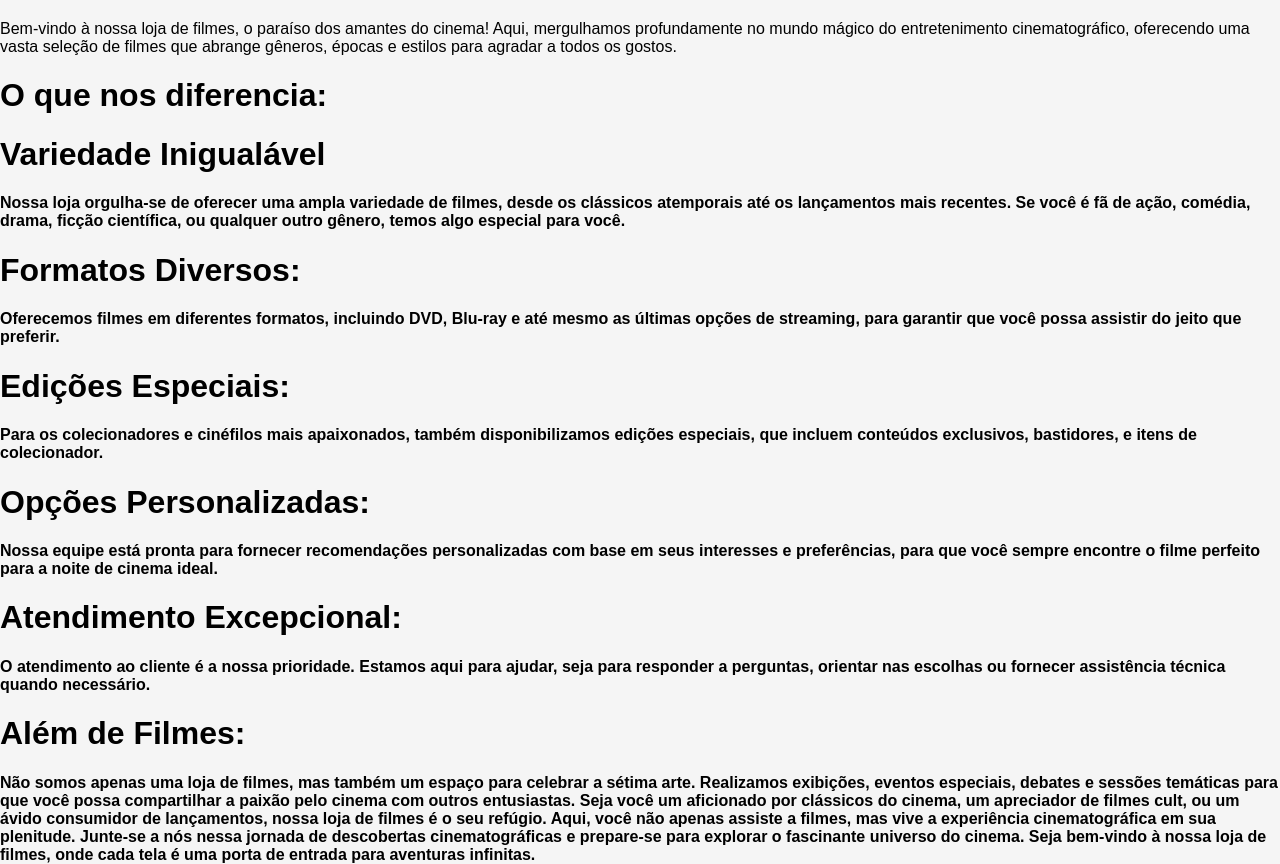
Repository: VictoorLDS/html
Page: NosEncontre.html
The author's editor kept a copy of each file at every save. The page is drawn from the files as they stood at one save, then again after the next save.
The browser window is 1280 px wide. The pictures show the part of the page from y = 540 to 1404 px (the page is 1404 px tall).

Above is the page before, as saved 2023-10-25 17:13:45.

### NosEncontre.html
<!DOCTYPE html>
<html lang="en">

<head>
    <meta charset="UTF-8">
    <meta name="viewport" content="width=device-width, initial-scale=1.0">
    <link rel="stylesheet" href="./style.css">
    <title>Document</title>
</head>


<header>
    <nav>
        <div class="logo">
            <a href="/index.html">Recanto Bojack Filmes</a>
        </div>
        <ul class="nav-links">
            <li><a href="index.html">Início</a></li>
            <li class="dropdown">
                <a href="#">Categorias</a>
                <ul class="dropdown-content">
                    <li><a href="/Acao.html">Ação</a></li>
                    <li><a href="/comdia.html">Comédia</a></li>
                    <li><a href="/Drama.html">Drama</a></li>
                    <li><a href="/Ficcao.html">Ficção Científica</a></li>
                </ul>
            </li>
            <li><a href="FIlmesEmDestaque.html">Filmes em Destaque</a></li>
            <li><a href="SobreNos.html">Sobre Nós</a></li>
            <li><a href="/Contato">Contato</a></li>
        </ul>
    </nav>
</header>

<body>
    <iframe
        src="https://www.google.com/maps/embed?pb=!1m18!1m12!1m3!1d2840.7597334897546!2d-48.82456892814759!3d-26.224874567935057!2m3!1f0!2f0!3f0!3m2!1i1024!2i768!4f13.1!3m3!1m2!1s0x94deaf7e26c308dd%3A0x6c40baa846e8df61!2sRecanto%20Bojack!5e0!3m2!1spt-BR!2sbr!4v1696442492535!5m2!1spt-BR!2sbr"
        width="600" height="450" style="border:0;" allowfullscreen="" loading="lazy"
        referrerpolicy="no-referrer-when-downgrade">
    </iframe>

    <p>
        Bem-vindo à nossa loja de filmes, o paraíso dos amantes do cinema! Aqui, mergulhamos profundamente no mundo
        mágico do entretenimento cinematográfico, oferecendo uma vasta seleção de filmes que abrange gêneros, épocas e
        estilos para agradar a todos os gostos.
    </p>

    <h1>

        O que nos diferencia:
    </h1>

    <H1>

        Variedade Inigualável
    </H1>
    <B>

       Nossa loja orgulha-se de oferecer uma ampla variedade de filmes, desde os clássicos
        atemporais até os lançamentos mais recentes. Se você é fã de ação, comédia, drama, ficção científica, ou
        qualquer outro gênero, temos algo especial para você.
    </B>

    <H1>
        Formatos Diversos:

    </H1>
    <B>

        Oferecemos filmes em diferentes formatos, incluindo DVD, Blu-ray e até mesmo as últimas
        opções de streaming, para garantir que você possa assistir do jeito que preferir.
    </B>

    <H1>

        Edições Especiais:
    </H1>

    <B>

        Para os colecionadores e cinéfilos mais apaixonados, também disponibilizamos edições
        especiais, que incluem conteúdos exclusivos, bastidores, e itens de colecionador.
    </B>

    <h1>

        Opções Personalizadas:
    </h1>
    <b>

        Nossa equipe está pronta para fornecer recomendações personalizadas com base em
        seus interesses e preferências, para que você sempre encontre o filme perfeito para a noite de cinema ideal.
    </b>

    <h1> Atendimento Excepcional:</h1>

    <b>

        O atendimento ao cliente é a nossa prioridade. Estamos aqui para ajudar, seja para
        responder a perguntas, orientar nas escolhas ou fornecer assistência técnica quando necessário.
    </b>

    <h1>

        Além de Filmes:
    </h1>

    <b>

        Não somos apenas uma loja de filmes, mas também um espaço para celebrar a sétima arte. Realizamos exibições,
        eventos especiais, debates e sessões temáticas para que você possa compartilhar a paixão pelo cinema com outros
        entusiastas.

        Seja você um aficionado por clássicos do cinema, um apreciador de filmes cult, ou um ávido consumidor de
        lançamentos, nossa loja de filmes é o seu refúgio. Aqui, você não apenas assiste a filmes, mas vive a
        experiência cinematográfica em sua plenitude. Junte-se a nós nessa jornada de descobertas cinematográficas e
        prepare-se para explorar o fascinante universo do cinema. Seja bem-vindo à nossa loja de filmes, onde cada tela
        é uma porta de entrada para aventuras infinitas.
    </b>
</body>

### style.css
body {
    font-family: Arial, sans-serif;
    color: #000000;
    margin: 0;
    padding: 0;
    background-color: #f5f5f5;
    }
    header {
    background-color: #ffffff;
    color: #fff;
    text-align: center;
    padding: 20px;
    }
    .container {
    display: grid;
    grid-template-columns: repeat(auto-fit, minmax(300px, 1fr));
    grid-gap: 20px;
    justify-items: center;
    margin: 20px; /* Adicionei uma margem ao container para espaçamento externo */
    }
    .movie-card {
    background-color: #ffffff;
    border-radius: 8px;
    box-shadow: 0 2px 4px rgba(0, 0, 0, 0.1);
    padding: 20px;
    text-align: center;
    /* width: 300px; Remova essa linha para que os cards se ajustem automaticamente */
    }
    .movie-card img {
    max-width: 100%;
    border-radius: 4px;
    }
    .movie-card h2 {
    font-size: 24px;
    margin: 10px 0;
    }
    .movie-card p {
    font-size: 16px;
    color: #313131;
    margin: 10px 0;
    }
    .movie-card .price {
    font-size: 20px;
    color: #e44d26;
    margin: 10px 0;
    font-weight: bold;
    }
    .movie-card .buy-button {
    background-color: #e44d26;
    color: #fff;
    border: none;
    border-radius: 4px;
    padding: 10px 20px;
    font-size: 16px;
    cursor: pointer;
    transition: background-color 0.3s ease;
    }
    .movie-card .buy-button:hover {
    background-color: #d3401a;
    }
    @media (max-width: 768px) {
    .filme {
    flex-direction: column;
    align-items: center;
    text-align: center;
    }
    }
    nav {
    max-width: 1200px;
    margin: 0 auto;
    display: flex;
    justify-content: space-between;
    align-items: center;
    }
    .logo a {
    text-decoration: none;
    color: #e44d26;
    font-size: 24px;
    font-weight: bold;
    }
    .nav-links {
    list-style: none;
    display: flex;
    }
    .nav-links li {
    margin-right: 20px;
    }
    .nav-links a {
    text-decoration: none;
    color: #e44d26;
    font-size: 16px;
    font-weight: bold;
    }
    .dropdown {
    position: relative;
    }
    .dropdown-content {
    display: none;
    position: absolute;
    background-color: #ffffff;
    min-width: 150px;
    z-index: 1;
    }
    .dropdown-content li {
    padding: 10px;
    }
    .dropdown:hover .dropdown-content {
    display: block;
    }

    footer {
    background-color: #f7f7f7;
    max-width: 1200px;
    color: #e44d26;
    text-align: center;
    padding: 10px;
    }

After the next save:
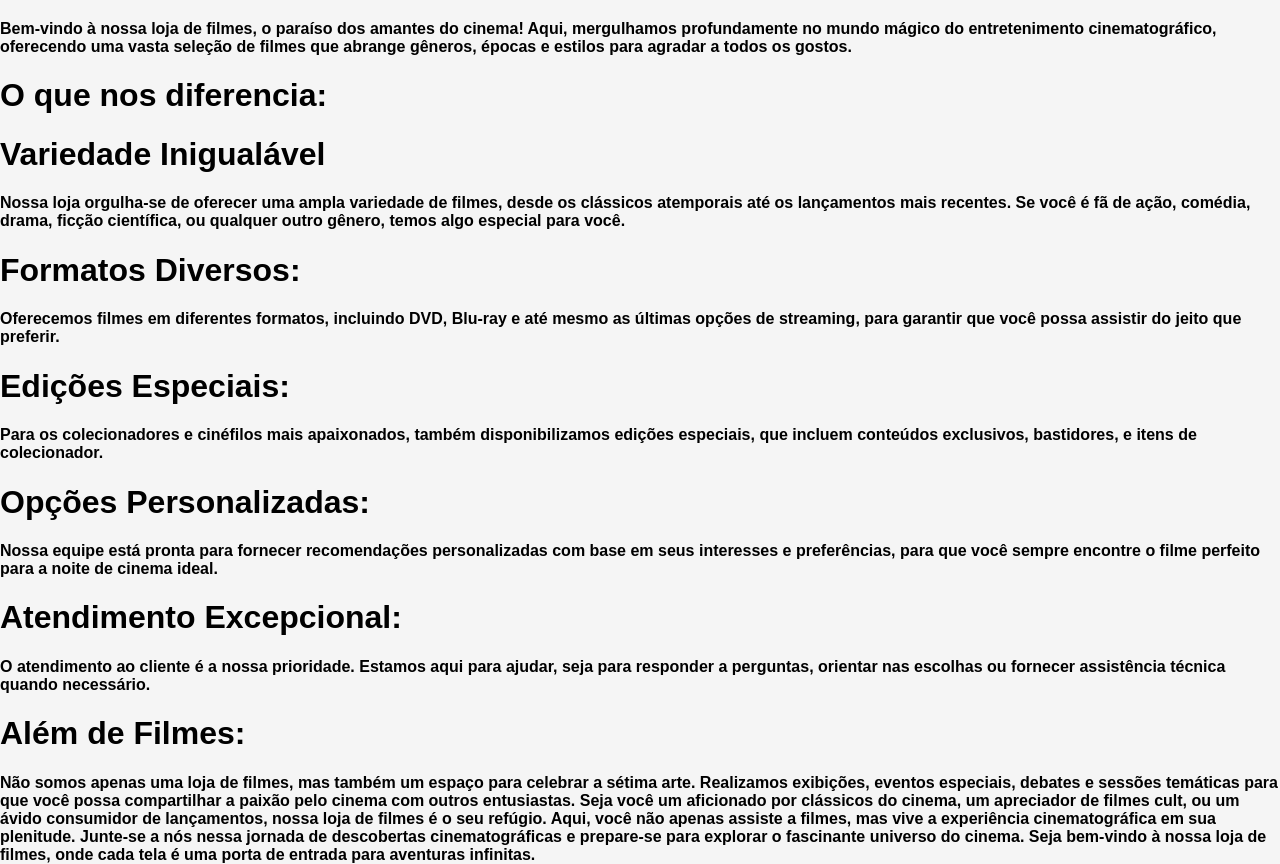
Saved 26 s later.
--- a/NosEncontre.html
+++ b/NosEncontre.html
@@ -40,9 +40,12 @@
     </iframe>
 
     <p>
-        Bem-vindo à nossa loja de filmes, o paraíso dos amantes do cinema! Aqui, mergulhamos profundamente no mundo
-        mágico do entretenimento cinematográfico, oferecendo uma vasta seleção de filmes que abrange gêneros, épocas e
-        estilos para agradar a todos os gostos.
+        <b>
+
+            Bem-vindo à nossa loja de filmes, o paraíso dos amantes do cinema! Aqui, mergulhamos profundamente no mundo
+            mágico do entretenimento cinematográfico, oferecendo uma vasta seleção de filmes que abrange gêneros, épocas e
+            estilos para agradar a todos os gostos.
+        </b>
     </p>
 
     <h1>
